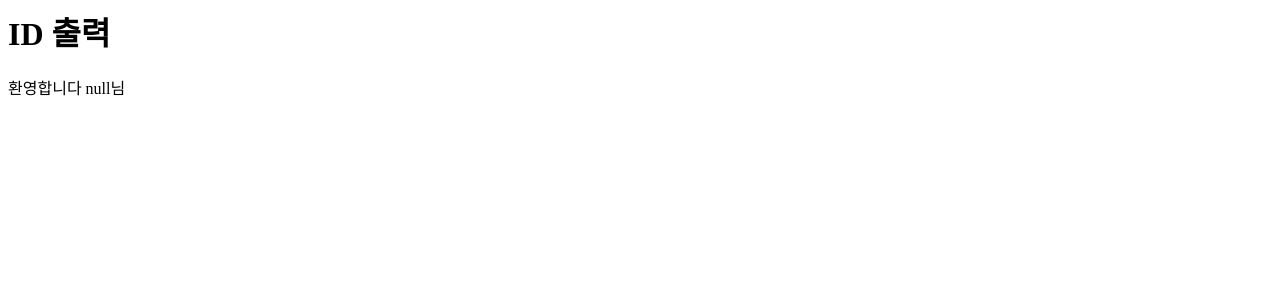
Repository: NewParkk/MultiStudy
Page: http://localhost/step02_basic/check
The author's editor kept a copy of each file at every save. The page is drawn from the files as they stood at one save, then again after a run of saves.
The browser window is 1280 px wide. The pictures show the whole page.
The page is served by Tomcat 9.

Above is the page before, as saved 2023-12-27 04:32:57.

### 04.web/step02_basic/src/step01/IdCheck.java
package step01;

import java.io.IOException;
import java.io.PrintWriter;

import javax.servlet.ServletException;
import javax.servlet.annotation.WebServlet;
import javax.servlet.http.HttpServlet;
import javax.servlet.http.HttpServletRequest;
import javax.servlet.http.HttpServletResponse;

@WebServlet("/check")
public class IdCheck extends HttpServlet {
	private static final long serialVersionUID = 1L;

	protected void doGet(HttpServletRequest request, HttpServletResponse response) throws ServletException, IOException {
		System.out.println("get()");
		System.out.println(request.getParameter("id"));
		System.out.println(request.getParameter("pw"));

		String id = request.getParameter("id");
		String pw = request.getParameter("pw");


		response.setContentType("text/html; charset=UTF-8");
		PrintWriter out = response.getWriter();
		out.println("<h1>ID 출력</h1>");
		out.println("<p>환영합니다 " + id + "님</p>");

//		response.getWriter().append("Served at: ").append(request.getContextPath());
	}
	protected void doPost(HttpServletRequest request, HttpServletResponse response) throws ServletException, IOException {
		System.out.println("Post()");

		String id = request.getParameter("id");
		String pw = request.getParameter("pw");


		response.setContentType("text/html; charset=UTF-8");
		PrintWriter out = response.getWriter();
		out.println("<h1>ID 출력</h1>");
		out.println("<p>환영합니다 " + id + "님</p>");
		out.println("<p>이거설마 " + pw + "도 되나?</p>");

//		doGet(request, response);
	}

}

After the next 4 saves:
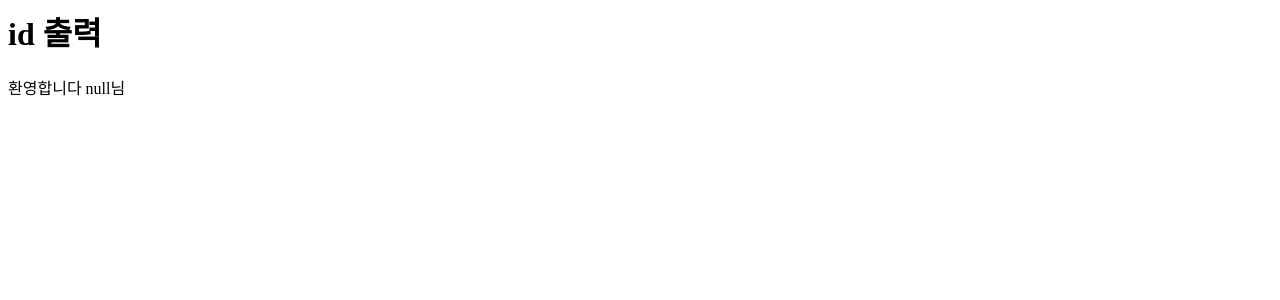
The 4 saves are shown as one change because 3 did not build or start.
The last was saved 6 min 57 s later.
--- a/04.web/step02_basic/src/step01/IdCheck.java
+++ b/04.web/step02_basic/src/step01/IdCheck.java
@@ -13,36 +13,48 @@ import javax.servlet.http.HttpServletResponse;
 public class IdCheck extends HttpServlet {
 	private static final long serialVersionUID = 1L;
 
-	protected void doGet(HttpServletRequest request, HttpServletResponse response) throws ServletException, IOException {
-		System.out.println("get()");
+//	protected void doGet(HttpServletRequest request, HttpServletResponse response) throws ServletException, IOException {
+//		System.out.println("Get()");
+//		System.out.println(request.getParameter("id"));
+//		System.out.println(request.getParameter("pw"));
+//
+//		String id = request.getParameter("id");
+//		String pw = request.getParameter("pw");
+//
+//		response.setCharacterEncoding("UTF-8");
+//		response.setContentType("text/html; charset=UTF-8");
+//		PrintWriter out = response.getWriter();
+//		out.println("<h1>id 출력</h1>");
+//		out.println("<p>환영합니다 " + id + "님</p>");
+//	}
+
+//	protected void doPost(HttpServletRequest request, HttpServletResponse response) throws ServletException, IOException {
+//		System.out.println("Post()");
+//		System.out.println(request.getParameter("id"));
+//		System.out.println(request.getParameter("pw"));
+//
+//		String id = request.getParameter("id");
+//		String pw = request.getParameter("pw");
+//
+//		response.setCharacterEncoding("UTF-8");
+//		response.setContentType("text/html; charset=UTF-8");
+//		PrintWriter out = response.getWriter();
+//		out.println("<h1>id 출력</h1>");
+//		out.println("<p>환영합니다 " + id + "님</p>");
+//	}
+
+	// doGet + doPost
+	protected void service(HttpServletRequest request, HttpServletResponse response) throws IOException {
 		System.out.println(request.getParameter("id"));
 		System.out.println(request.getParameter("pw"));
 
 		String id = request.getParameter("id");
 		String pw = request.getParameter("pw");
 
-
+		response.setCharacterEncoding("UTF-8");
 		response.setContentType("text/html; charset=UTF-8");
 		PrintWriter out = response.getWriter();
-		out.println("<h1>ID 출력</h1>");
+		out.println("<h1>id 출력</h1>");
 		out.println("<p>환영합니다 " + id + "님</p>");
-
-//		response.getWriter().append("Served at: ").append(request.getContextPath());
 	}
-	protected void doPost(HttpServletRequest request, HttpServletResponse response) throws ServletException, IOException {
-		System.out.println("Post()");
-
-		String id = request.getParameter("id");
-		String pw = request.getParameter("pw");
-
-
-		response.setContentType("text/html; charset=UTF-8");
-		PrintWriter out = response.getWriter();
-		out.println("<h1>ID 출력</h1>");
-		out.println("<p>환영합니다 " + id + "님</p>");
-		out.println("<p>이거설마 " + pw + "도 되나?</p>");
-
-//		doGet(request, response);
-	}
-
 }
